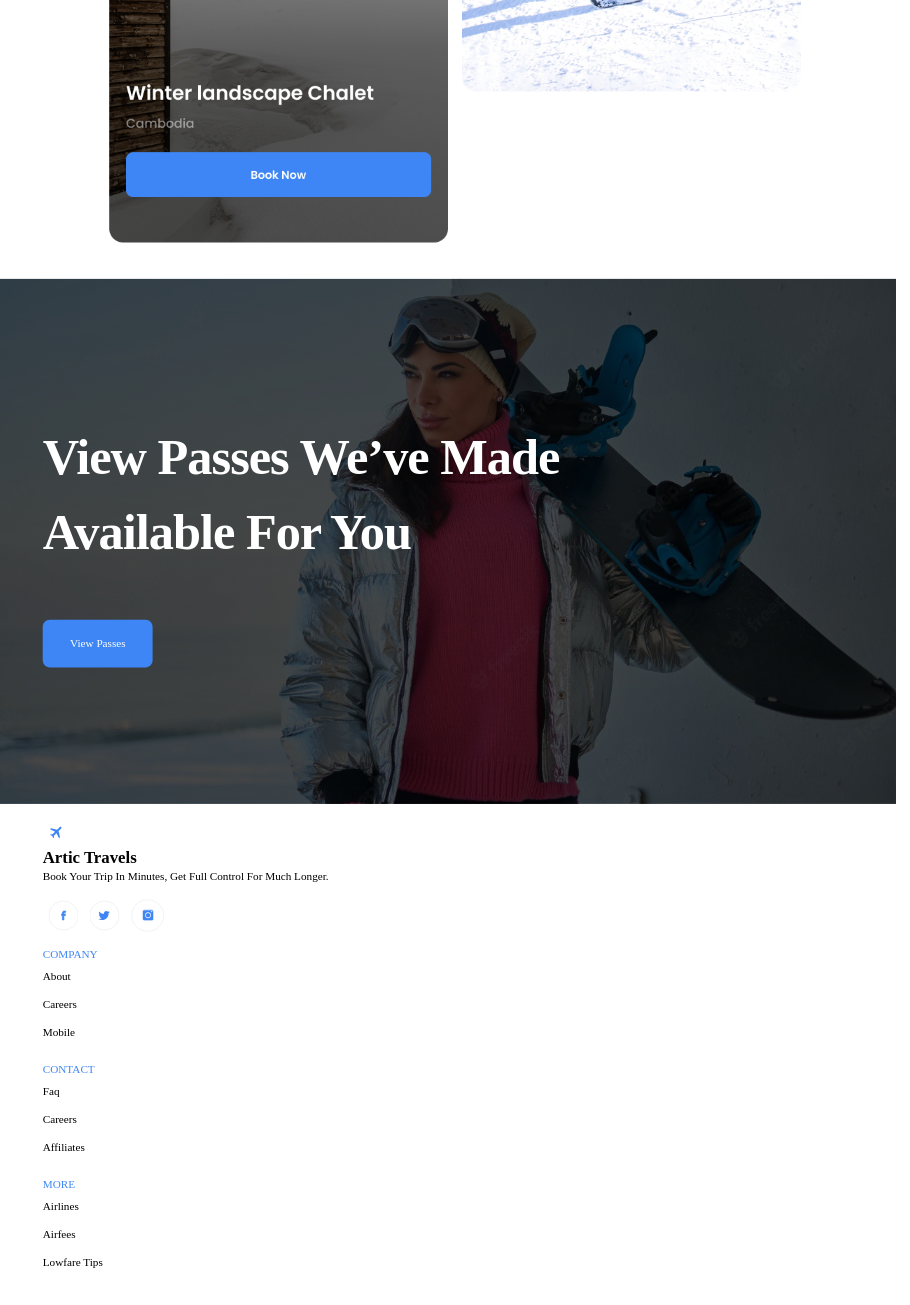
Repository: swissjake/arctic-travel-agency
Page: /
An editor plug-in stored every save of this project. The page is shown before and after the next save, followed by the edit.
The browser window is 1280 px wide. The page is 1300 px wide, so the pictures cover 1300 px, including what lies to the right of the window. The pictures show the part of the page from y = 4128 to 6008 px (the page is 5992 px tall before and 6008 px after), at 70% of full size.
The project was rebuilt for these pictures with package versions that can differ from the ones it lists, and the page was loaded fresh each time. Also part of the build but not shown: src/App.css.

Above is the page before, as saved 2022-05-04 12:53:32.

### public/index.html
<!DOCTYPE html>
<html lang="en">
  <head>
    <meta charset="utf-8" />
    <link rel="icon" href="%PUBLIC_URL%/favicon.ico" />
    <meta name="viewport" content="width=device-width, initial-scale=1" />
    <meta name="theme-color" content="#000000" />
    <meta
      name="description"
      content="Web site created using create-react-app"
    />

    <title>Arctic Travel Agency</title>
  </head>
  <body>
    <noscript>You need to enable JavaScript to run this app.</noscript>
    <div id="root"></div>
    <!--
      This HTML file is a template.
      If you open it directly in the browser, you will see an empty page.

      You can add webfonts, meta tags, or analytics to this file.
      The build step will place the bundled scripts into the <body> tag.

      To begin the development, run `npm start` or `yarn start`.
      To create a production bundle, use `npm run build` or `yarn build`.
    -->
  </body>
</html>

### src/index.css
@tailwind base;
@tailwind components;
@tailwind utilities;

@import url('https://fonts.googleapis.com/css2?family=Poppins:wght@300;400;500;700&display=swap');


body{
    font-family: 'poppins';
}

@layer components {
    .container {
        @apply max-w-[1440px] mx-auto
    }
    .btn{
        @apply mt-[68px] bg-[#3E86F5] py-[22px] px-[39px] rounded-[10px] text-[16px] text-white
    }
    .booktrip{
        @apply font-medium text-[18px]
    }

}

.bookshadow{
    box-shadow: 0px 134px 193px rgba(183, 183, 183, 0.07), 0px 16.7789px 24.1666px rgba(183, 183, 183, 0.035);
}
/* .container {
    max-width: 1440px;
    margin: 0 auto;
} */

### src/pages/LandingPage.tsx
import Footer from "../components/Footer/Footer"
import Hero from "../components/Hero/Hero"
import HeroIcons from "../components/HeroIcons/HeroIcons"
import IceCold from "../components/IceCold/IceCold"
import Nav from "../components/Nav/Nav"
import Passes from "../components/Passes/Passes"
import Region from "../components/Region/Region"
import Resort from "../components/Resort/Resort"
import heroImage from '../assets/heroImage.jpeg'


const LandingPage = () => {
  return (
    <>
  <div>
  <div className="h-[780px]  w-full bg-no-repeat bg-center bg-cover" style={{backgroundImage:`linear-gradient(180deg, rgba(0, 0, 0, 0.65) 0%, rgba(0, 0, 0, 0.580838) 32.24%, rgba(0, 0, 0, 0.486293) 62.09%, rgba(0, 0, 0, 0) 98.06%), url(${heroImage})`}}>
     <Nav />
     <Hero />

  </div>

    <HeroIcons />
    <IceCold />
  </div>
  <Region />
  <Resort/>
  <Passes />

     {/*  style={{backgroundImage:`linear-gradient(180deg, rgba(0, 0, 0, 0.65) 0%, rgba(0, 0, 0, 0.580838) 32.24%, rgba(0, 0, 0, 0.486293) 62.09%, rgba(0, 0, 0, 0) 98.06%), url(${heroImage})`}} */}

     <Footer/>
    </>
  )
}

export default LandingPage

### src/components/Footer/Footer.tsx
import React from 'react'
import aeroplane from "../../assets/aeroplane.svg"
import facebook from "../../assets/facebook.svg"
import instagram from "../../assets/instagram.svg"
import twitter from "../../assets/twitter.svg"


const social=[facebook,twitter,instagram]
const company=["about","careers","mobile"]
const contact=["faq","careers","affiliates"]
const more=["airlines","airfees","lowfare tips"]





const Footer = () => {
  return (
      <footer className=''>
         <div className="container p-[20px] md:pl-[61px] md:pr-[57px]">
            <div className="">

<div className="mb-5">
  <img src={aeroplane} alt="aeroplane" />
  <p className="capitalize text-2xl font-bold">artic travels</p>
  <p className="capitalize mb-[16px]">Book your trip in minutes, get full
control for much longer.</p>
<div className="flex mt-5">

  {social.map((item,index)=> (<img src={item} className="mx-2 " alt="icons" />))}
</div>
</div>

<div className='mb-5'>
  <h2 className="text-[#3E86F5] uppercase">company</h2>
  <ul>
    {company.map((item,index)=>(
      <li className="capitalize leading-10">{item}</li>
    ))}
  </ul>
</div>

<div className='mb-5'>
  <h2 className="text-[#3E86F5] uppercase">contact</h2>
  <ul>
    {contact.map((item,index)=>(
      <li className="capitalize leading-10">{item}</li>
    ))}
  </ul>
</div>

<div className='mb-5'>
  <h2 className="text-[#3E86F5] uppercase">more</h2>
  <ul>
    {more.map((item,index)=>(
      <li className="capitalize leading-10">{item}</li>
    ))}
  </ul>
</div>


              </div>
         </div>
      </footer>

  )
}

export default Footer

### src/components/Hero/Hero.tsx

const Hero = () => {
  return (
    <section >
         <div className="container md:pl-[61px] p-[20px] md:pr-[57px]">
           {/* <img src={heroImage} alt="" /> */}
           <div className="pt-[160px] text-center md:text-left md:pt-[200px] text-white ">
           <h1 className="md:w-[46.6rem] md:whitespace-nowrap text-[32px] md:text-[56px] capitalize font-bold tracking-{-0.03em}">Plan the perfect winter trip</h1>
           <p className="md:w-[33rem] text-[14px] md:text-[22px] font-normal tracking-[-0.01em] mt-[20px]">Easily plan your ideal ski trip from home with the help of professionals</p>
           <button className="btn">Book Now</button>
           </div>
        </div>
    </section>

  )
}

export default Hero

//background: linear-gradient(180deg, rgba(0, 0, 0, 0.65) 0%, rgba(0, 0, 0, 0.580838) 32.24%, rgba(0, 0, 0, 0.486293) 62.09%, rgba(0, 0, 0, 0) 98.06%);

### src/components/HeroIcons/HeroIcons.tsx
import React from 'react'
import nike from '../../assets/nike.svg'
import applepay from '../../assets/applepay.svg'
import silverstar from '../../assets/silverstar.svg'
import intra from '../../assets/intra.svg'
import mastercard from '../../assets/mastercard.svg'
import BookTrip from '../BookTrip/BookTrip'



const HeroIcons = () => {

  return (
    <section className='bg-[#F8F9FC]'>
         <BookTrip />
        <div className='container md:h-[243px]'>
            <div className='flex flex-wrap md:flex-nowrap items-center justify-center px-3 pb-[45px]  md:px-[222px] pt-[200px] md:pt-[149px] space-y-6 md:space-y-0'>
                    <div className='md:mr-[120px] mr-[40px]'>
                        <img className='w-[96px] h-[50px]' src={nike} alt="nike" />
                    </div>
                    <div className='md:mr-[126px] mr-[40px]'>
                        <img className='w-[96px] h-[56px]' src={applepay} alt="applepay" />
                    </div>
                    <div className='md:mr-[128px] mr-[40px]'>
                        <img className='w-[126px] h-[57px]' src={silverstar} alt="silver" />
                    </div>
                    <div className='md:mr-[130px] mr-[40px]'>
                        <img className='w-[108px] h-[46px]' src={intra} alt="intra" />
                    </div>
                    <div className=''>
                        <img className='w-[64px] h-[64px]' src={mastercard} alt="mastercard" />
                    </div>
            </div>

        </div>
    </section>
    )
}

export default HeroIcons

### src/components/IceCold/IceCold.tsx
import React from 'react'
import map from '../../assets/map.svg'
import arrow from '../../assets/Arrow.svg'

const IceCold = () => {
  return (
      <section className='bg-[#F8F9FC]'>
         <div className='container h-[693px] p-[20px] pt-[179px] md:pl-[40px]'>
             <div className='h-[492px] relative  bg-[rgba(62, 134, 245, .2)]' style={{backgroundImage:`url(${map})`}}>
                <h1 className='w-full md:w-[791px] leading-[54px] tracking-[-0.02em] text-[black] font-semibold left-[50%] translate-x-[-50%] absolute top-[-60px] h-[108px] text-[30px] md:text-[40px] text-center'>Creating the best <span className='text-[#3E86F5]'>ice-cold!</span> experience you would never forget.</h1>

                 <p className='w-full md:w-[697px] md:h-[72px] absolute left-[50%] translate-x-[-50%] text-[rgba(0, 0, 0, 0.5)] text-[18px] md:text-[24px] mt-[120px] md:mt-[60px] text-center leading-[36px] font-normal'>Would you explore nature paradise in the world, find the best destination in the world with us.</p>
                <div className=''>
                    <h1 className='w-full md:w-[454px] md:h-[50px] md:whitespace-nowrap absolute mb-[75px] md:mb-[150px] bottom-0 left-[50%] translate-x-[-50%] font-semibold text-[#000000] text-[40px] text-center leading-[60px] tracking-[-0.02em]'>View Regions available</h1>
                    <img className='absolute bottom-0 left-[50%] translate-x-[-50%] mb-[36px] md:mb-[73px]' src={arrow} alt="/" />
                </div>
             </div>

        </div>
      </section>

  )
}

export default IceCold

### src/components/Nav/Nav.tsx
import React, {useState} from 'react'
import aeroplane from "../../assets/aeroplane.svg";
import {AiOutlineClose, AiOutlineMenu} from 'react-icons/ai'

const Nav = () => {
  const [close, setClose]=useState(true)


  const navitems:string[] = ["About us", "Support", "Language"];
  return (
    <section className=''>
<div className='container  top-0 flex md:pl-[61px] justify-between p-[20px] md:pr-[57px]'>
  <div className="flex items-center">
  <img src={aeroplane} className="mr-[10px]" alt="aeroplane" />
  <h2 className='capitalize font-bold text-white mr-[56px]'>artic travels</h2>
 <ul className="inline hidden md:block">
   {navitems.map((item:string, index) => <li key={index} className="inline capitalize text-white mr-[40px]"><button>{item}</button></li>)}
 </ul>
  </div>

  <button className='hidden md:block text-[#3E86F5] h-[48px] rounded-[10px] w-[151px] bg-white'>
  Sign in
</button>
<button className='md:hidden block' onClick={()=>setClose(!close)}>
<AiOutlineMenu size={20} className='text-white'/>
</button>
</div>
<div style={{width:close?"0%":"100%",transition:"all .5s"}} className="fixed md:hidden block overflow-hidden  flex h-[100%] top-0 bg-black z-50">
<ul className="inline m-auto">
   {navitems.map((item:string) => <li className="leading-10 text-white"><button onClick={()=>setClose(true)} className="capitalize">{item}</button></li>)}
 </ul>
 <button className='hidden text-[#3E86F5] h-[48px] rounded-[10px] w-[151px] bg-white'>
  Sign in
</button>


<button onClick={()=>setClose(!close)} className="absolute top-[5%] right-[5%] border-white border-[4px] font-bold p-1 rounded-full"><AiOutlineClose size={20} className='fill-white'/></button>

</div>

    </section>
  )
}

export default Nav

// npm install @mui/icons-material

### src/components/Passes/Passes.tsx
import React from 'react'
import passes from '../../assets/passesimg.jpg'

const Passes = () => {
  return (
      <section className='bg-center bg-cover bg-no-repeat' style={{backgroundImage: `linear-gradient(0deg, rgba(0, 0, 0, 0.7), rgba(0, 0, 0, 0.7)),url(${passes})`, backgroundPosition:"center 25%"}}>
            <div className='container h-[500px] md:h-[750px] md:pl-[61px]  md:pr-[57px]  text-white' >
                <div className=' text-center md:text-left'>
                <h1 className='md:w-[1017px] pt-[120px] md:pt-[200px] font-semibold text-[36px] md:text-[72px] leading-[54px] md:leading-[108px] tracking-[-0.02em]'>View Passes We’ve Made Available For You</h1>
                <button className='btn mt-[40px] md:mt-[71px]'>View Passes</button>
                </div>
            </div>
      </section>

  )
}

export default Passes

### src/components/Region/Region.tsx
import React from 'react'
import region1 from '../../assets/region1.png'
import region2 from '../../assets/region2.png'
import region3 from '../../assets/region3.png'


const Region = () => {
  return (
      <section>
             <div className=''>
                 <div className='flex '>
             <div className='flex-1'>
             <img className="w-full" src={region1} alt="/"/>
             </div>

               <div className="flex-1">
               <img className="w-full" src={region2} alt="/" />

               </div>

             <div className="flex-1">
                <img className='w-full'  src={region3} alt="/" />
            </div>



            </div>
            </div>
      </section>

  )
}

export default Region

### src/components/Resort/Resort.tsx
import React from 'react'
import picture1 from "../../assets/picture1.png"
import picture2 from "../../assets/picture2.png"
import picture3 from "../../assets/picture3.png"
import picture4 from "../../assets/picture4.png"
const Resort = () => {
  return (
 <section>
   <div className="container p-[20px] pt-[179px] md:pl-[40px]">
<div className="md:flex gap-5 justify-between">

  <div className="flex-1">
  <p className="text-[3rem] md:w-[80%] w-full mb-[4.5rem] font-[600] tracking-[-0.02em]">The best resorts to chill and relax</p>
  <div className="w-full flex justify-end flex-wrap">
  <img src={picture1} className="mb-[32px]" alt="" />
<img src={picture2} className="mb-[32px]" alt="" />
  </div>

  </div>

<div className="flex-1">
<img src={picture3} className="mb-5 mb-[32px]" alt="" />
<img src={picture4} alt="" />
</div>

  </div>
   </div>
 </section>
  )
}

export default Resort

### src/components/BookTrip/BookTrip.tsx
import React from 'react'
import location from '../../assets/location.svg'
import aero from '../../assets/aero.svg'
import user from '../../assets/user.svg'
import dropdown from '../../assets/dropdown.svg'
import checkin from '../../assets/checkin.svg'

const BookTrip = () => {
  return (
      <section>
            <div className='container p-2 md:p-0 md:relative'>

                <div className='bookshadow md:w-[1320px] md:absolute bg-white rounded-[16px] md:z-40 md:h-[140px] md:mt-[-75px] md:left-[50%] md:translate-x-[-50%] md:space-x-[120px] md:flex-row flex flex-col p-7  items-center justify-center'>
                    <div className='mb-4 md:mb-0'>
                        <div className='flex'>
                            <img className="mr-[20px]" src={location} alt="/" />
                            <p className='font-medium text-[#929191] text-[16px] tracking-[0.08em] leading-[24px] uppercase'>location</p>
                        </div>
                        <div className='flex'>
                            <p className="booktrip">Iceland</p>
                            <img className="ml-[8px]" src={dropdown} alt="/" />
                        </div>
                    </div>

                    <div className='mb-4 md:mb-0'>
                        <div className='flex'>
                            <img className="mr-[20px]" src={user} alt="/" />
                         <p className='font-medium text-[#929191] text-[16px] tracking-[0.08em] leading-[24px] uppercase'>Persons</p>
                    </div>
                    <div className='flex'>
                        <p className="booktrip">4 Persons</p>
                        <img className="ml-[8px]" src={dropdown} alt="/" />
                    </div>
                </div>

                <div className='mb-4 md:mb-0'>
                    <div className='flex'>
                        <img className="mr-[20px]" src={checkin} alt="/" />
                         <p className='font-medium text-[#929191] text-[16px] tracking-[0.08em] leading-[24px] uppercase'>check in</p>
                    </div>
                    <div className='flex'>
                        <p className="booktrip">12 January 2022</p>
                        <img className="ml-[8px]" src={dropdown} alt="/" />
                    </div>
                </div>

                <div className=''>
                    <div className='flex'>
                        <img className="mr-[20px]" src={checkin} alt="/" />
                         <p className='font-medium text-[#929191] text-[16px] tracking-[0.08em] leading-[24px] uppercase'>checkout</p>
                    </div>
                    <div className='flex'>
                        <p className="booktrip">18 January 2022</p>
                        <img className="ml-[8px]" src={dropdown} alt="/" />
                    </div>
                </div>
                <button className='btn flex md:my-[38px]'>Book Trip <img className='ml-[12px]' src={aero} alt="/" /> </button>
                </div>
            </div>
    </section>


  )
}

export default BookTrip

Loaded but not shown: src/index.tsx (common file); src/App.tsx (common file); tailwind.config.js (common file)

After the next save:
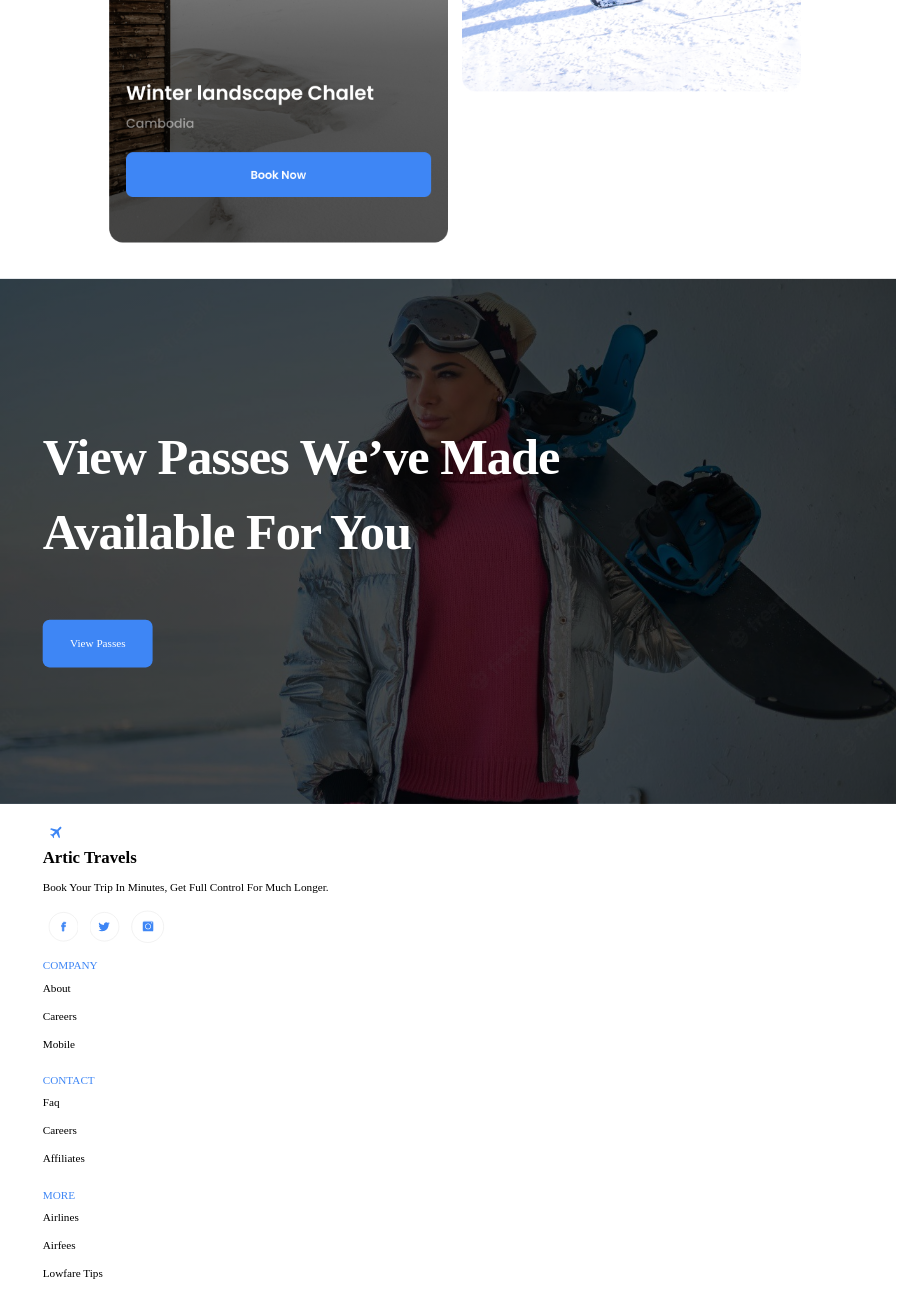
Saved 23 s later.
--- a/src/components/Footer/Footer.tsx
+++ b/src/components/Footer/Footer.tsx
@@ -23,7 +23,7 @@ const Footer = () => {
 <div className="mb-5">
   <img src={aeroplane} alt="aeroplane" />
   <p className="capitalize text-2xl font-bold">artic travels</p>
-  <p className="capitalize mb-[16px]">Book your trip in minutes, get full
+  <p className="capitalize mt-[16px]">Book your trip in minutes, get full
 control for much longer.</p>
 <div className="flex mt-5">
 
